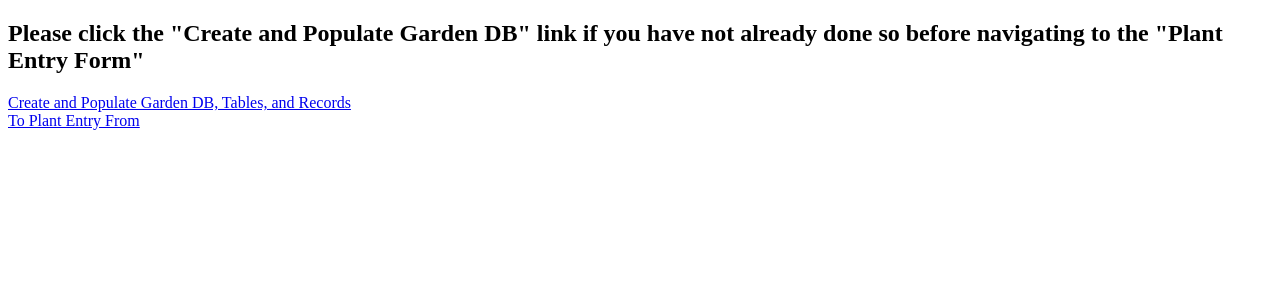
Repository: bkyncl/csd-430
Page: http://localhost/kyncl_08/
The author's editor kept a copy of each file at every save. The page is drawn from the files as they stood at one save, then again after the next save.
The browser window is 1280 px wide. The pictures show the whole page.
The page is served by Tomcat 9. Other server files are loaded and not shown.

Above is the page before, as saved 2023-07-04 09:59:21.

### kyncl_08/src/main/webapp/index.jsp
<%@ page language="java" contentType="text/html; charset=ISO-8859-1"
    pageEncoding="ISO-8859-1"%>
<!DOCTYPE html>
<html>
<head>
<meta charset="ISO-8859-1">
<title>Garden Database Index</title>
</head>
<body>
	<h2>Please click the "Create and Populate Garden DB" link if you have not already done so before navigating to the "Plant Entry Form"</h2>
	<a href="<%=request.getContextPath()%>/plants?action=CreateAndPop">Create and Populate Garden DB, Tables, and Records</a>
	<br>
	<a href="/kyncl_08/form.jsp">To Plant Entry From</a>
</body>
</html>

After the next save:
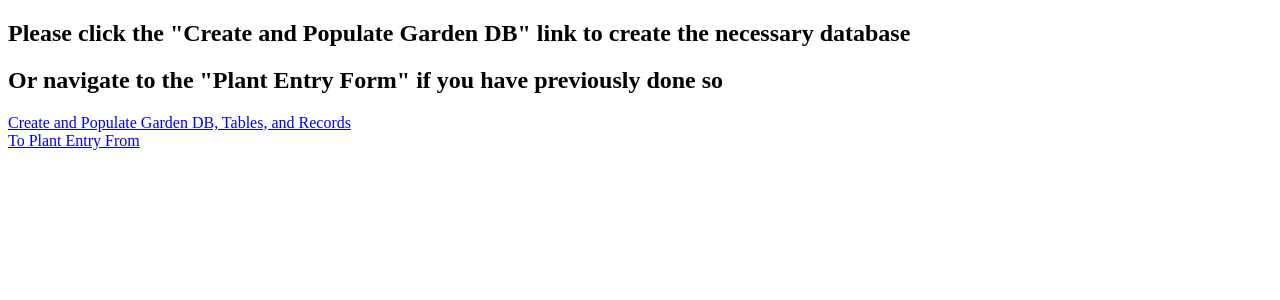
Saved 2 min 20 s later.
--- a/kyncl_08/src/main/webapp/index.jsp
+++ b/kyncl_08/src/main/webapp/index.jsp
@@ -7,7 +7,8 @@
 <title>Garden Database Index</title>
 </head>
 <body>
-	<h2>Please click the "Create and Populate Garden DB" link if you have not already done so before navigating to the "Plant Entry Form"</h2>
+	<h2>Please click the "Create and Populate Garden DB" link to create the necessary database</h2>
+	<h2>Or navigate to the "Plant Entry Form" if you have previously done so</h2>
 	<a href="<%=request.getContextPath()%>/plants?action=CreateAndPop">Create and Populate Garden DB, Tables, and Records</a>
 	<br>
 	<a href="/kyncl_08/form.jsp">To Plant Entry From</a>
